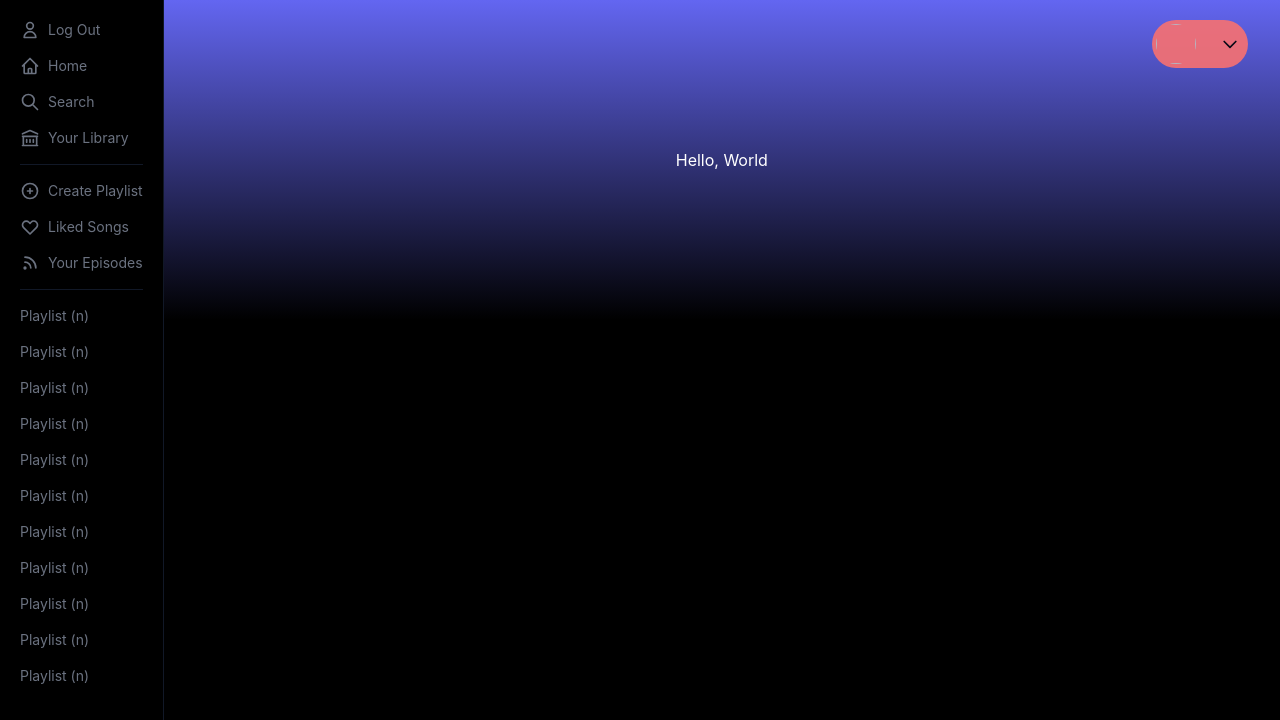
Repository: Delos-343/Spotify-2.0
Page: /
These files come from the project's save history. The page is drawn as it stood at one moment and after the next save; the edit follows.
The browser window is 1280 px wide. The pictures show the whole page.
The page's requests for data from a server got no answer. The project was rebuilt for these pictures with package versions that can differ from the ones it lists, and the page was loaded fresh each time. The framework's server and built-in components were replaced by stand-ins that run in the browser. No one was signed in, and anything a server would have sent is missing. Also part of the build but not shown: next.config.js.

Above is the page before, as saved 2022-04-11 21:44:26.

### pages/_app.js
import '../styles/globals.css'
import { SessionProvider } from 'next-auth/react'

function MyApp({ Component, pageProps: {session, ...pageProps} }) {
  return (
    <SessionProvider session={session}>
      <Component {...pageProps} />
    </SessionProvider>
  )
}

export default MyApp

### pages/index.js
import Head from 'next/head'
import Center from '../components/Center'
import Sidebar from '../components/Sidebar'

export default function Home() {
  return (
    <div className='bg-black h-screen overflow-hidden'>
      <Head>
        <title>Spotify 2.0 (Clone)</title>
        <meta name="description" content="Generated by create next app" />
        <link rel="icon" href="/favicon.ico" />
      </Head>

      <main className='flex'>
        <Sidebar />
        <Center />
      </main>

      <div> {/*   Player    */} </div>
    </div>
  )
}

### components/Center.jsx
import { React, useEffect, useState } from 'react'
import { useSession } from 'next-auth/react'
import { ChevronDownIcon } from '@heroicons/react/outline'
import { shuffle } from 'lodash'

const colors = [
    "from-indigo-500",
    "from-blue-500",
    "from-green-500",
    "from-red-500",
    "from-yellow-500",
    "from-pink-500",
    "from-purple-500",
]

function Center() {

    const { data: session } = useSession()
    const [color, setColor] = useState(null)

    useEffect(() => {
        setColor(shuffle(colors).pop())
    }, [])

  return (
    <div className='flex-grow'>
        <header className='absolute top-5 right-8'>
            <div className='flex items-center bg-red-400 space-x-3 opacity-90 hover:opacity-80 cursor-pointer rounded-full p-1 pr-2'>
                <img className='rounded-full w-10 h-10' src={session?.user.image} alt='' />
                <h2>{session?.user.name}</h2>
                <ChevronDownIcon className='h-5 w-5' />
            </div>
        </header>
        <section className={`flex items-end space-x-7 bg-gradient-to-b to-black ${color} h-80 text-white padding-8 w-full`}>
            {/* <img src='' alt='' /> */}
            <h1 className='m-auto'> Hello, World </h1>
        </section>
    </div>
  )
}

export default Center

### components/Sidebar.jsx
import React from 'react'
import { UserIcon, HomeIcon, SearchIcon, LibraryIcon, PlusCircleIcon, HeartIcon, RssIcon } from '@heroicons/react/outline'
import { signOut, useSession } from 'next-auth/react'

function Sidebar() {

    const { data: session, status } = useSession()

    console.log(session)

  return (
    <div className='text-gray-500 p-5 text-sm border-r border-gray-900 overflow-y-scroll scrollbar-hide h-screen'>
        <div className='space-y-4'>
        <button className='flex items-center space-x-2 hover:text-white' onClick={ () => signOut() }>
                <UserIcon className='h-5 w-5' />
                <p> Log Out </p>
            </button>
            <button className='flex items-center space-x-2 hover:text-white'>
                <HomeIcon className='h-5 w-5' />
                <p> Home </p>
            </button>
            <button className='flex items-center space-x-2 hover:text-white'>
                <SearchIcon className='h-5 w-5' />
                <p> Search </p>
            </button>
            <button className='flex items-center space-x-2 hover:text-white'>
                <LibraryIcon className='h-5 w-5' />
                <p> Your Library </p>
            </button>

            <hr className='border-t-[0.1px] border-gray-900' />

            <button className='flex items-center space-x-2 hover:text-white'>
                <PlusCircleIcon className='h-5 w-5' />
                <p> Create Playlist </p>
            </button>
            <button className='flex items-center space-x-2 hover:text-white'>
                <HeartIcon className='h-5 w-5' />
                <p> Liked Songs </p>
            </button>
            <button className='flex items-center space-x-2 hover:text-white'>
                <RssIcon className='h-5 w-5' />
                <p> Your Episodes </p>
            </button>

            <hr className='border-t-[0.1px] border-gray-900' />

            {/*     Playlist     */}
            <p className='cursor-pointer hover:text-white'> Playlist (n) </p>
            <p className='cursor-pointer hover:text-white'> Playlist (n) </p>
            <p className='cursor-pointer hover:text-white'> Playlist (n) </p>
            <p className='cursor-pointer hover:text-white'> Playlist (n) </p>
            <p className='cursor-pointer hover:text-white'> Playlist (n) </p>
            <p className='cursor-pointer hover:text-white'> Playlist (n) </p>
            <p className='cursor-pointer hover:text-white'> Playlist (n) </p>
            <p className='cursor-pointer hover:text-white'> Playlist (n) </p>
            <p className='cursor-pointer hover:text-white'> Playlist (n) </p>
            <p className='cursor-pointer hover:text-white'> Playlist (n) </p>
            <p className='cursor-pointer hover:text-white'> Playlist (n) </p>

        </div>
    </div>
  )
}

export default Sidebar

### tailwind.config.js
module.exports = {
  content: [
    "./pages/**/*.{js,ts,jsx,tsx}",
    "./components/**/*.{js,ts,jsx,tsx}",
  ],
  theme: {
    extend: {},
  },
  plugins: [
    require('tailwind-scrollbar-hide')
  ],
}

Loaded but not shown: styles/globals.css (common file)

After the next save:
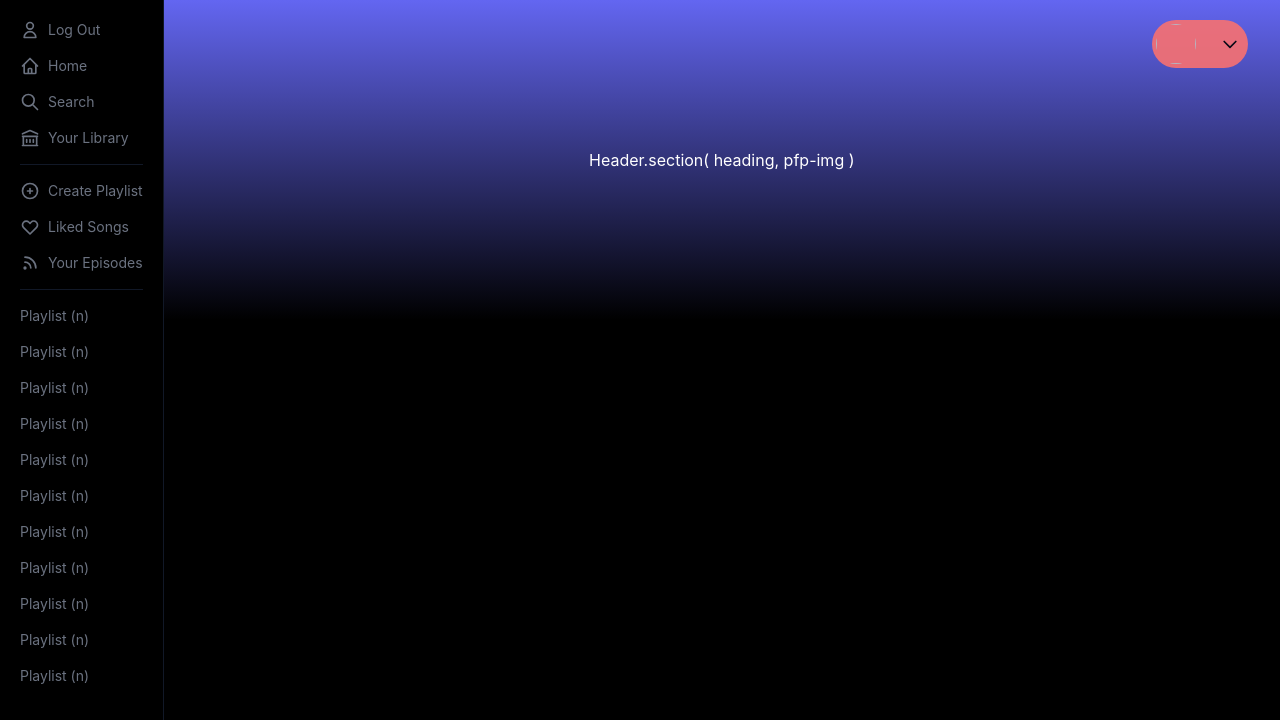
Saved 27 s later.
--- a/components/Center.jsx
+++ b/components/Center.jsx
@@ -33,7 +33,7 @@ function Center() {
         </header>
         <section className={`flex items-end space-x-7 bg-gradient-to-b to-black ${color} h-80 text-white padding-8 w-full`}>
             {/* <img src='' alt='' /> */}
-            <h1 className='m-auto'> Hello, World </h1>
+            <h1 className='m-auto'> Header.section( heading, pfp-img ) </h1>
         </section>
     </div>
   )
